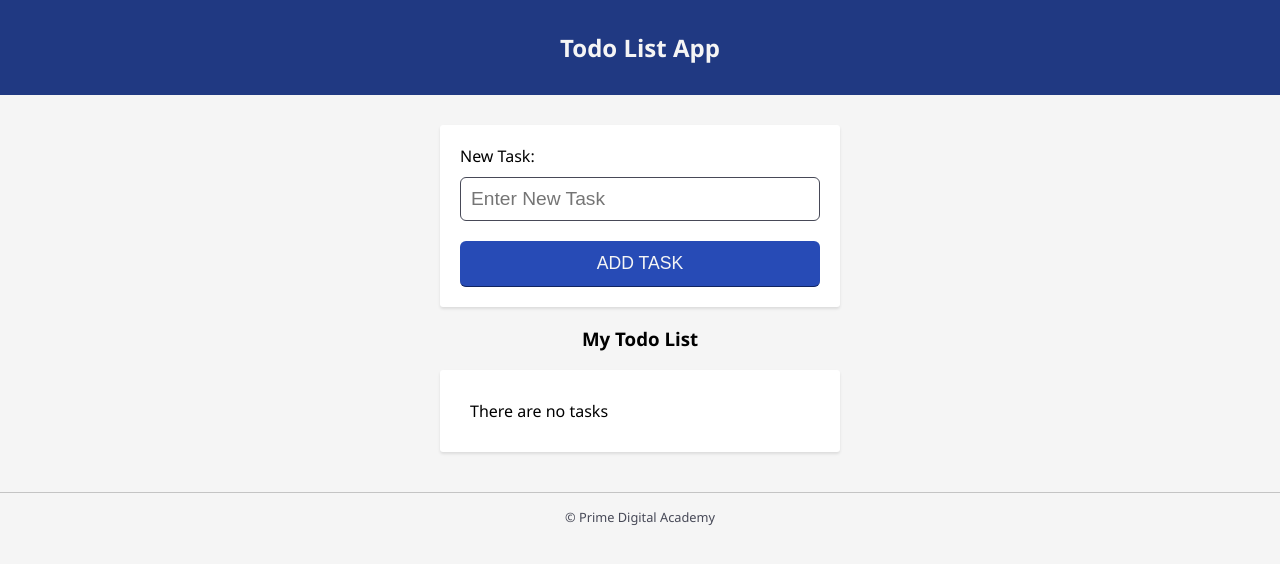
Repository: ryanmgregory/ursus-todo-list
Page: index.html
These files come from the project's save history. The page is drawn as it stood at one moment and after the next save; the edit follows.
The browser window is 1280 px wide. The pictures show the whole page.

Above is the page before, as saved 2020-03-19 23:18:57.

After the next save:
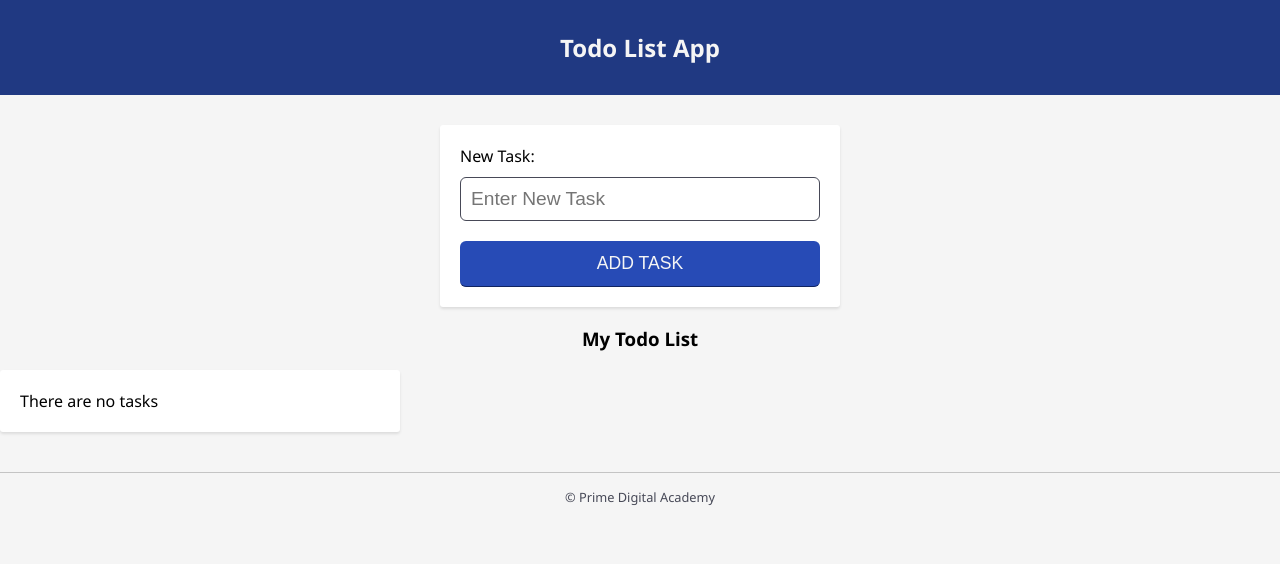
Saved 2 min 13 s later.
--- a/index.html
+++ b/index.html
@@ -31,7 +31,7 @@
     <!-- h3 "My To Do List"  -->
     <h3>My Todo List</h3>
     <!-- <UL> <OL single item: "There are no tasks in it"/>  -->
-    <div class="panel">
+    <div class="panel stackedList">
       <ul class="js-unordered-list stackedList">
         <li class="js-single-item-list">
           There are no tasks
